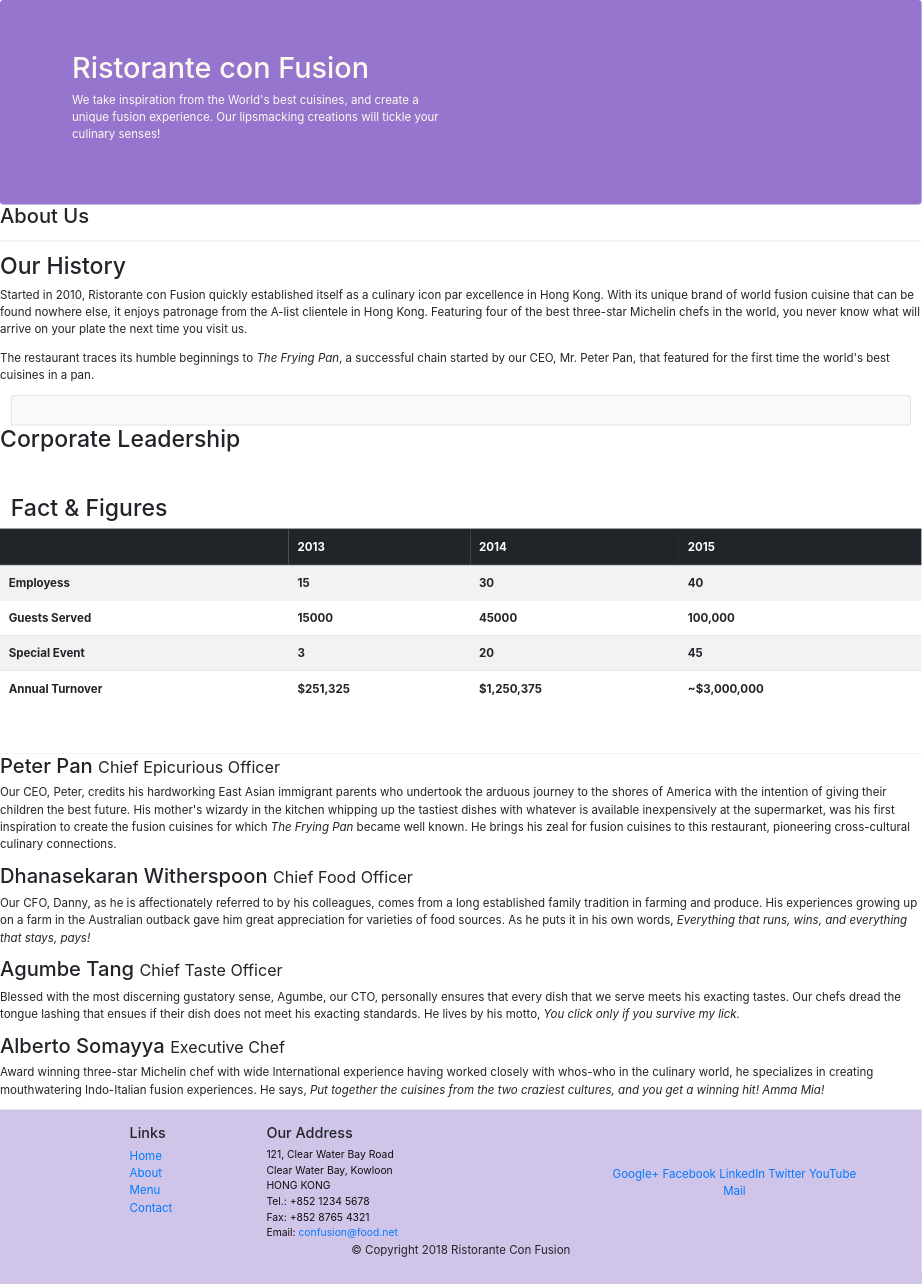
Repository: HwZau/conFusion
Page: aboutus.html
An editor plug-in stored every save of this project. The page is shown before and after the next save, followed by the edit.
The browser window is 1280 px wide. The pictures show the whole page, at 72% of full size.

Above is the page before, as saved 2022-05-19 11:01:45.

### aboutus.html
<!DOCTYPE html>
<html lang="en">

<head>
  <title>Ristorante Con Fusion: About Us</title>
  <meta charset="utf-8" />
  <meta name="viewport" content="width=device-width, initial-scale=1, shrink-to-fit=no" />
  <meta http-equiv="x-ua-compatible" content="ie=edge" />

  <!-- Bootstrap CSS -->
  <link rel="stylesheet" href="node_modules/bootstrap/dist/css/bootstrap.min.css" />
  <link rel="stylesheet" href="node_modules/font-awesome/css/font-awesome.min.css" />
  <link rel="stylesheet" href="node_modules/bootstrap-social/bootstrap-social.css" />
  <link rel="stylesheet" href="css/style.css" />
</head>
</head>

<body>
  <header class="jumbotron">
    <div class="container">
      <div class="row row-header">
        <div class="col-12 col-sm-6">
          <h1>Ristorante con Fusion</h1>
          <p>
            We take inspiration from the World's best cuisines, and create a
            unique fusion experience. Our lipsmacking creations will tickle
            your culinary senses!
          </p>
        </div>
        <div class="col-12 col-sm"></div>
      </div>
    </div>
  </header>

  <div>
    <div>
      <div>
        <h3>About Us</h3>
        <hr />
      </div>
    </div>

    <div>
      <div>
        <h2>Our History</h2>
        <p>
          Started in 2010, Ristorante con Fusion quickly established itself as
          a culinary icon par excellence in Hong Kong. With its unique brand
          of world fusion cuisine that can be found nowhere else, it enjoys
          patronage from the A-list clientele in Hong Kong. Featuring four of
          the best three-star Michelin chefs in the world, you never know what
          will arrive on your plate the next time you visit us.
        </p>
        <p>
          The restaurant traces its humble beginnings to
          <em>The Frying Pan</em>, a successful chain started by our CEO, Mr.
          Peter Pan, that featured for the first time the world's best
          cuisines in a pan.
        </p>
      </div>
      <div class="col-12">
        <div class="card card-body bg-light">
          <p class="mb-0"></p>
        </div>
      </div>
    </div>

    <div>
      <div>
        <h2>Corporate Leadership</h2>
        <div class="row row-content">
          <div class="col-12 col-sm-9">
            <h2>Fact &amp; Figures</h2>
          </div>
          <div class="col-12 col-sm-3"></div>

          <div class="table-responsive">
            <table class="table table-striped">
              <thead class="thead-dark">
                <tr>
                  <th>&nbsp;</th>
                  <th>2013</th>
                  <th>2014</th>
                  <th>2015</th>
                </tr>
              </thead>
              <tbody>
                <tr>
                  <th>Employess</th>
                  <th>15</th>
                  <th>30</th>
                  <th>40</th>
                </tr>
                <tr>
                  <th>Guests Served</th>
                  <th>15000</th>
                  <th>45000</th>
                  <th>100,000</th>
                </tr>
                <tr>
                  <th>Special Event</th>
                  <th>3</th>
                  <th>20</th>
                  <th>45</th>
                </tr>
                <tr>
                  <th>Annual Turnover</th>
                  <th>$251,325</th>
                  <th>$1,250,375</th>
                  <th>~$3,000,000</th>
                </tr>
              </tbody>
            </table>
          </div>
        </div>
        <h3>Peter Pan <small>Chief Epicurious Officer</small></h3>
        <p>
          Our CEO, Peter, credits his hardworking East Asian immigrant parents
          who undertook the arduous journey to the shores of America with the
          intention of giving their children the best future. His mother's
          wizardy in the kitchen whipping up the tastiest dishes with whatever
          is available inexpensively at the supermarket, was his first
          inspiration to create the fusion cuisines for which
          <em>The Frying Pan</em> became well known. He brings his zeal for
          fusion cuisines to this restaurant, pioneering cross-cultural
          culinary connections.
        </p>
        <h3>Dhanasekaran Witherspoon <small>Chief Food Officer</small></h3>
        <p>
          Our CFO, Danny, as he is affectionately referred to by his
          colleagues, comes from a long established family tradition in
          farming and produce. His experiences growing up on a farm in the
          Australian outback gave him great appreciation for varieties of food
          sources. As he puts it in his own words,
          <em>Everything that runs, wins, and everything that stays, pays!</em>
        </p>
        <h3>Agumbe Tang <small>Chief Taste Officer</small></h3>
        <p>
          Blessed with the most discerning gustatory sense, Agumbe, our CTO,
          personally ensures that every dish that we serve meets his exacting
          tastes. Our chefs dread the tongue lashing that ensues if their dish
          does not meet his exacting standards. He lives by his motto,
          <em>You click only if you survive my lick.</em>
        </p>
        <h3>Alberto Somayya <small>Executive Chef</small></h3>
        <p>
          Award winning three-star Michelin chef with wide International
          experience having worked closely with whos-who in the culinary
          world, he specializes in creating mouthwatering Indo-Italian fusion
          experiences. He says,
          <em>Put together the cuisines from the two craziest cultures, and you
            get a winning hit! Amma Mia!</em>
        </p>
      </div>
    </div>
  </div>

  <footer class="footer">
    <div class="container">
      <div class="row">
        <div class="col-4 offset-1 col-sm-2">
          <h5>Links</h5>
          <ul class="list-unstyled">
            <li><a href="#">Home</a></li>
            <li><a href="#">About</a></li>
            <li><a href="#">Menu</a></li>
            <li><a href="#">Contact</a></li>
          </ul>
        </div>
        <div class="col-7 col-sm-5">
          <h5>Our Address</h5>
          <address>
            121, Clear Water Bay Road<br />
            Clear Water Bay, Kowloon<br />
            HONG KONG<br />
            Tel.: +852 1234 5678<br />
            Fax: +852 8765 4321<br />
            Email: <a href="mailto:confusion@food.net">confusion@food.net</a>
          </address>
        </div>
        <div class="col-12 col-sm-4 align-self-center">
          <div class="text-center">
            <a href="http://google.com/+">Google+</a>
            <a href="http://www.facebook.com/profile.php?id=">Facebook</a>
            <a href="http://www.linkedin.com/in/">LinkedIn</a>
            <a href="http://twitter.com/">Twitter</a>
            <a href="http://youtube.com/">YouTube</a>
            <a href="mailto:">Mail</a>
          </div>
        </div>
      </div>
      <div class="row justify-content-center">
        <div class="col-auto">
          <p>© Copyright 2018 Ristorante Con Fusion</p>
        </div>
      </div>
    </div>
  </footer>
</body>

</html>

### css/style.css

.row-header {
	margin: 0px auto;
	padding: 0px auto;
}

.row-content {
	margin: 0 auto;
	padding: 50px 0px 50px 0px;
	border-bottom: 1px ridge;
	min-height: 400px;
}

.footer {
	background-color: #D1C4E9;
	margin: 0px auto;
	padding: 20px 0px 20px 0px;
}

.jumbotron {
	padding: 70px 30px 70px 30px;
	margin: 0px auto;
	background: #9575CD;
	color: floralwhite;
}

address {
	font-size: 90%;
	margin: 0px;
	color:#0f0f0f;
}

Loaded but not shown: node_modules/bootstrap/dist/css/bootstrap.min.css (library); node_modules/font-awesome/css/font-awesome.min.css (library); node_modules/bootstrap-social/bootstrap-social.css (library)

After the next save:
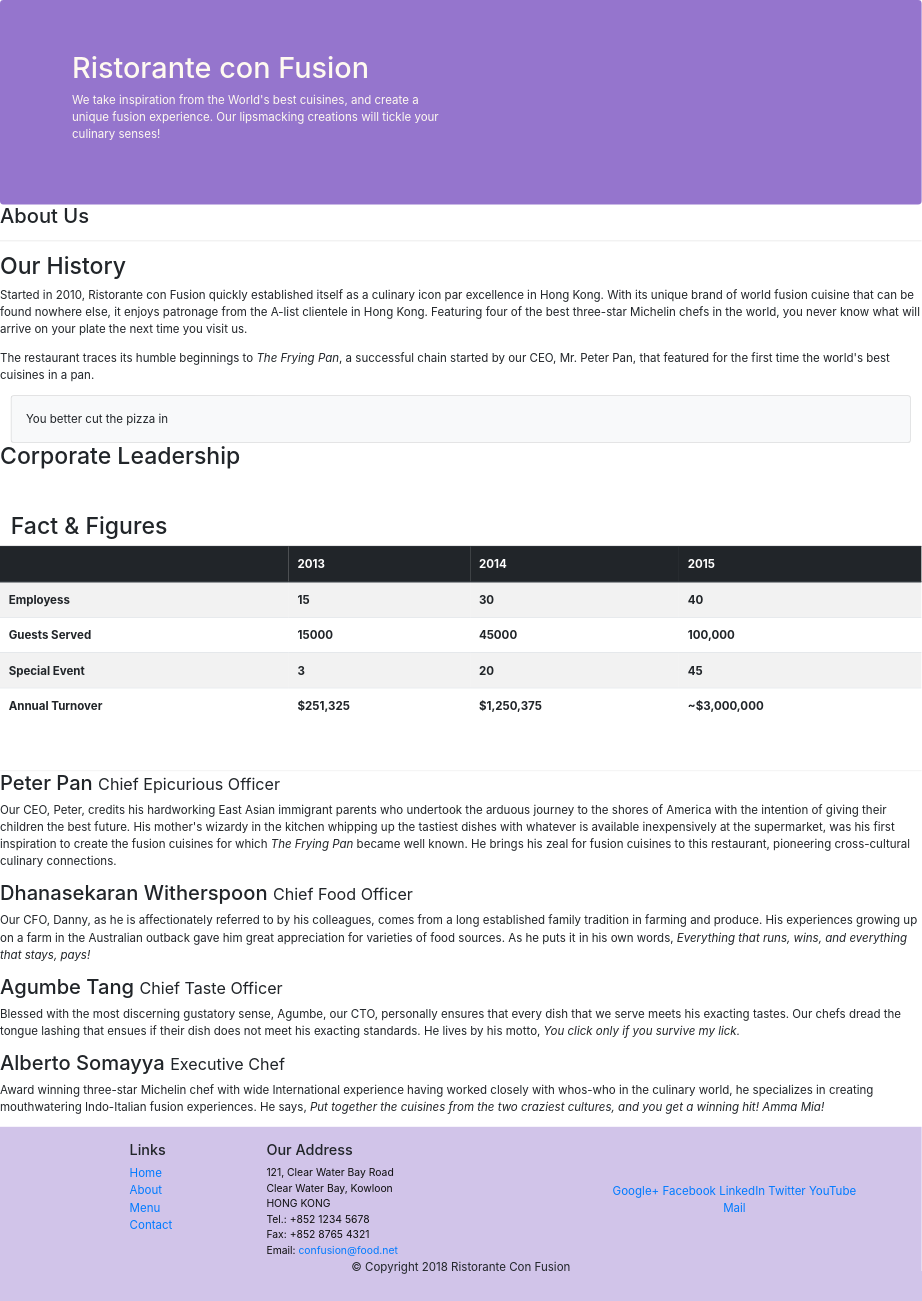
Saved 60 s later.
--- a/aboutus.html
+++ b/aboutus.html
@@ -60,7 +60,7 @@
       </div>
       <div class="col-12">
         <div class="card card-body bg-light">
-          <p class="mb-0"></p>
+          <p class="mb-0">You better cut  the pizza in</p>
         </div>
       </div>
     </div>
